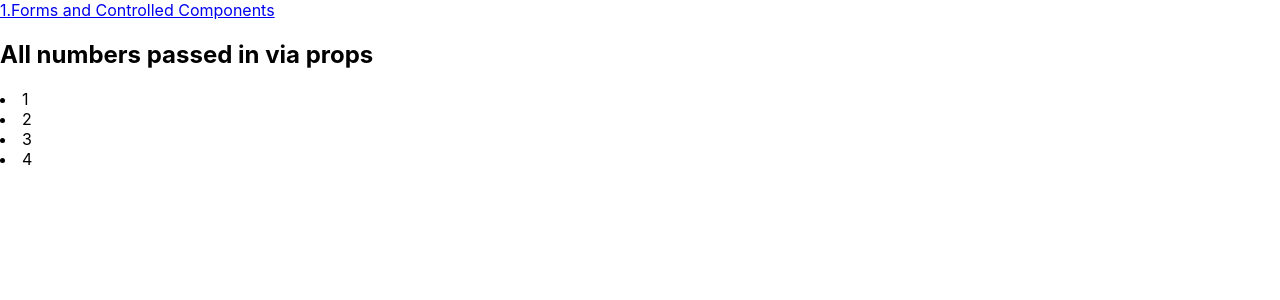
Repository: MukHansen/ReactUge
Page: / (app in wednesday_exercises/)
These files come from the project's save history. The page is drawn as it stood at one moment and after the next save; the edit follows.
The browser window is 1280 px wide. The pictures show the whole page.
The project was rebuilt for these pictures with package versions that can differ from the ones it lists, and the page was loaded fresh each time.

Above is the page before, as saved 2019-10-30 17:46:41.

After the next save:
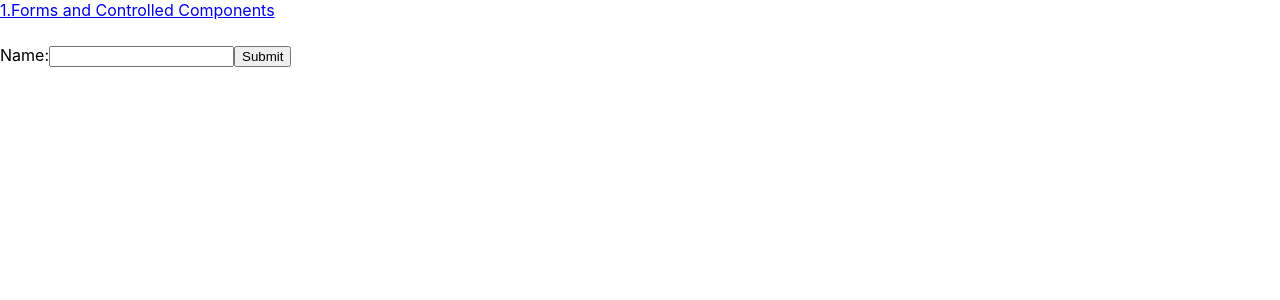
Saved 12 s later.
--- a/wednesday_exercises/src/App.js
+++ b/wednesday_exercises/src/App.js
@@ -1,20 +1,28 @@
-import React, { useState } from "react";
+import React, {useState} from "react";
 
-function NumberList({ numbers }) {
-  console.log("--NUMBERS -->",numbers)
-  const listItems = numbers.map(n => <li key={n}>{n}</li>);
-  return  listItems ;
-}
-function ListDemo(props) {
-  console.log(props.numbers)
+const NameForm = () => {
+  const [name,setName] = useState("");
+  function handleChange(event) {}
+  function handleSubmit(event) {}
+
   return (
     <div>
-      <h2>All numbers passed in via props</h2>
-      <NumberList numbers={props.numbers} />
+      <form onSubmit={handleSubmit}>
+        <label>
+          Name:
+          <input type="text" />
+        </label>
+        <input type="submit" value="Submit" />
+      </form>
+      {name}
+    </div>
+  );
+};
+
+export default function FormDemo() {
+  return (
+    <div style={{marginTop:25}}>
+      <NameForm />
     </div>
   );
 }
-export default function App() {
-  const [numbers] = useState([1, 2, 3, 4]);
-  return <ListDemo numbers={numbers} />;
-}
